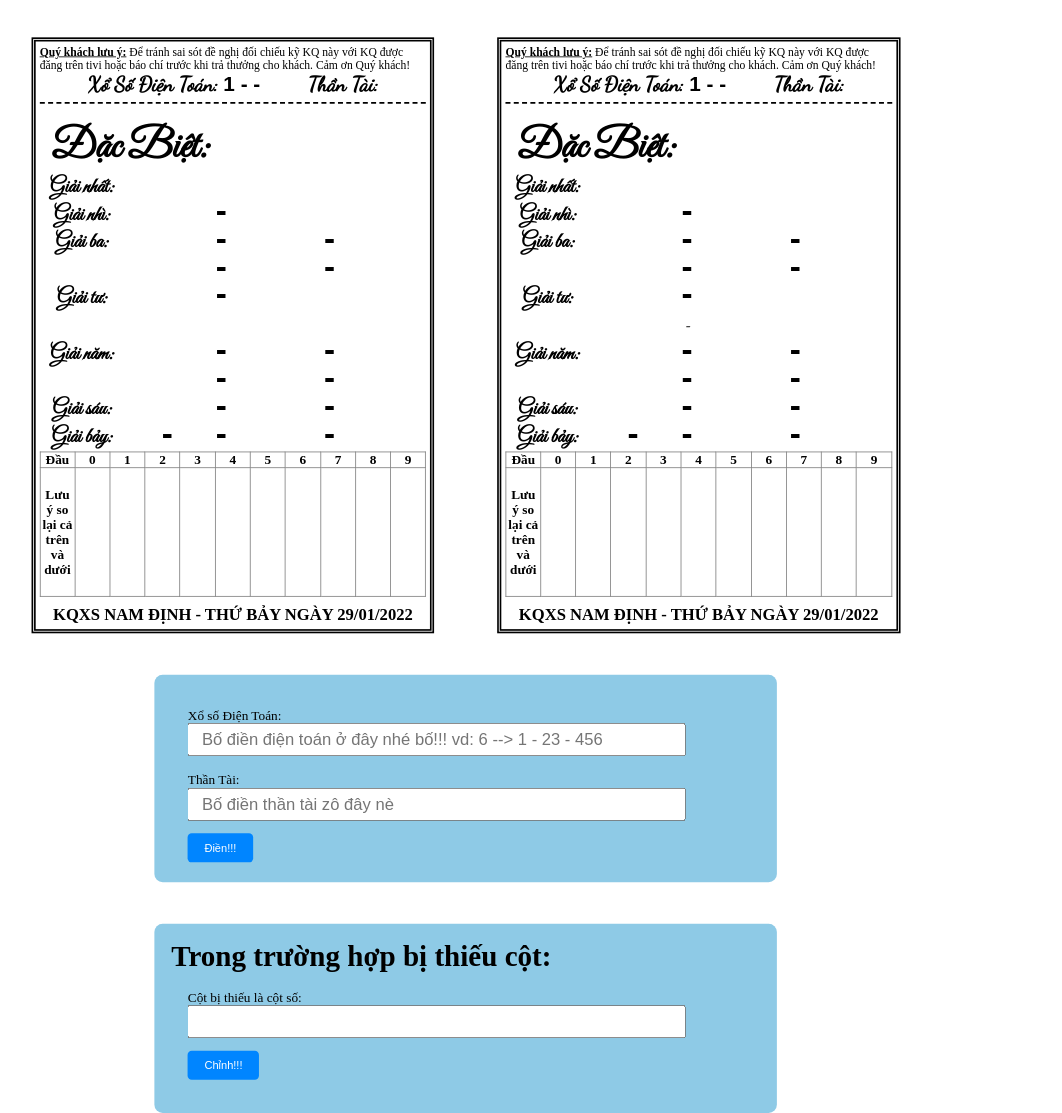
Repository: AnhDuc0125/xskt123
Page: index.html
An editor plug-in stored every save of this project. The page is shown before and after a run of saves, followed by the edit.
The browser window is 1280 px wide. The pictures show the whole page, at 83% of full size.
The page's requests for data from a server got no answer. Some web fonts or font styles are not loaded; a fallback is used.

Above is the page before, as saved 2022-01-29 19:58:53.

After the next 5 saves:
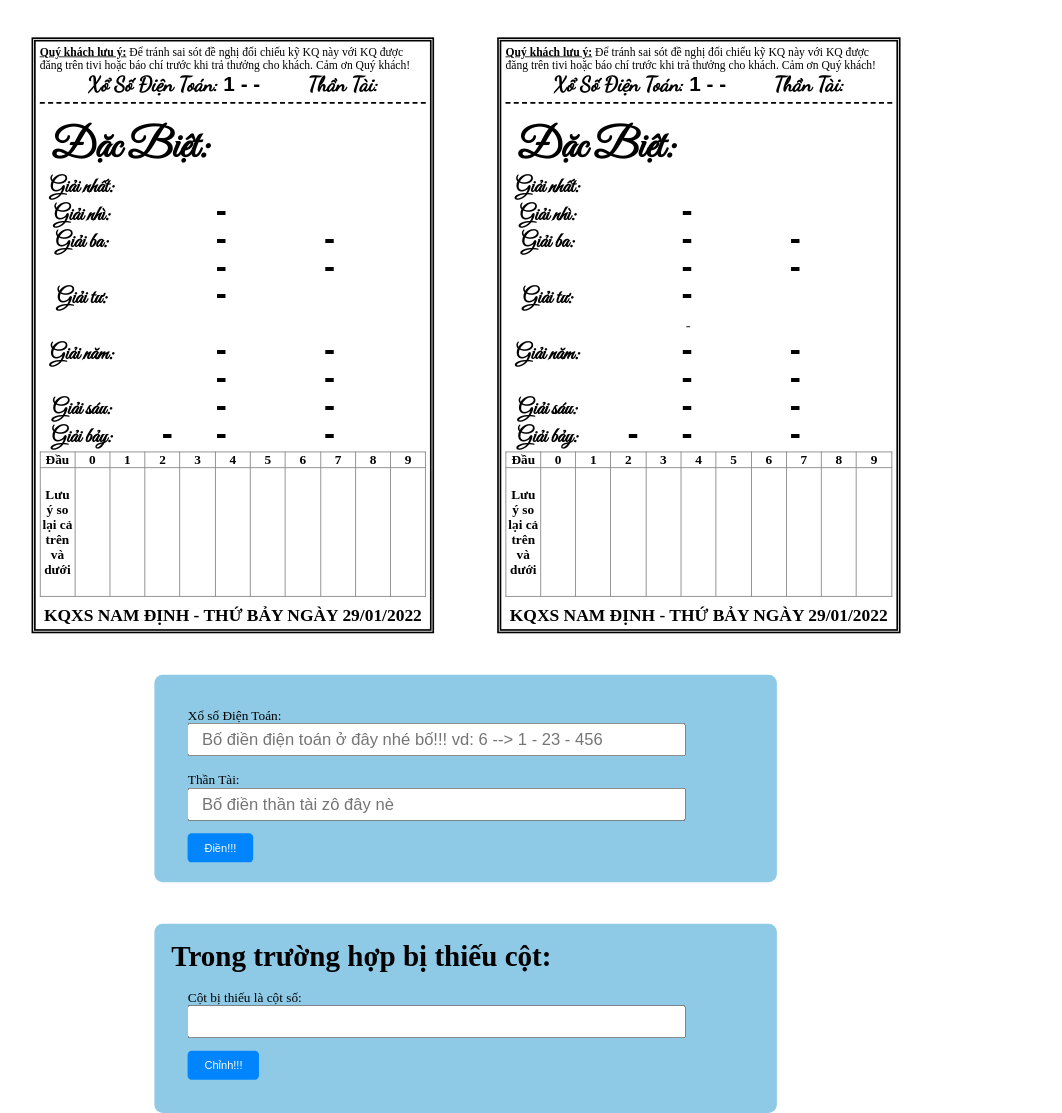
The 5 saves are shown as one change because they came seconds apart.
The last was saved 14 s later.
--- a/style.css
+++ b/style.css
@@ -158,7 +158,7 @@ th.cols {
   height: 25%;
   font-family: "Andada Pro", serif;
   font-weight: bolder;
-  font-size: 20px;
+  font-size: 21px;
   text-align: center;
   transform: translateY(10px);
 }
